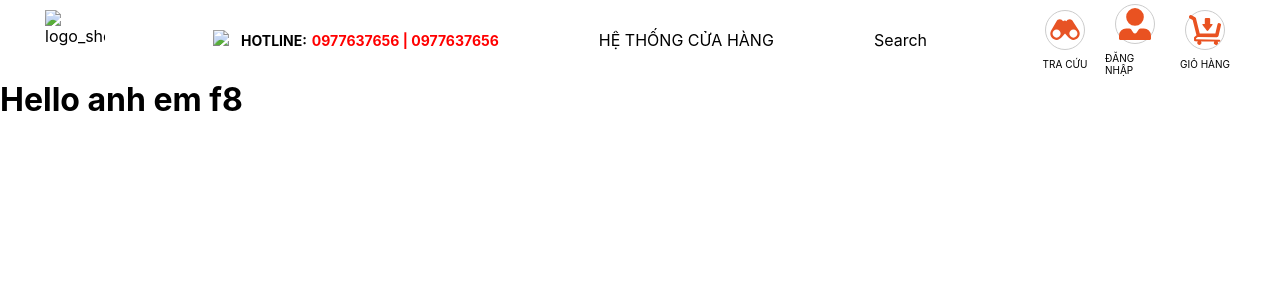
Repository: manhhieu120499/BadmintonShop
Page: /
These files come from the project's save history. The page is drawn as it stood at one moment and after the next save; the edit follows.
The browser window is 1280 px wide. The pictures show the whole page.
The project was rebuilt for these pictures with package versions that can differ from the ones it lists, and the page was loaded fresh each time.

Above is the page before, as saved 2024-08-19 11:05:34.

After the next save:
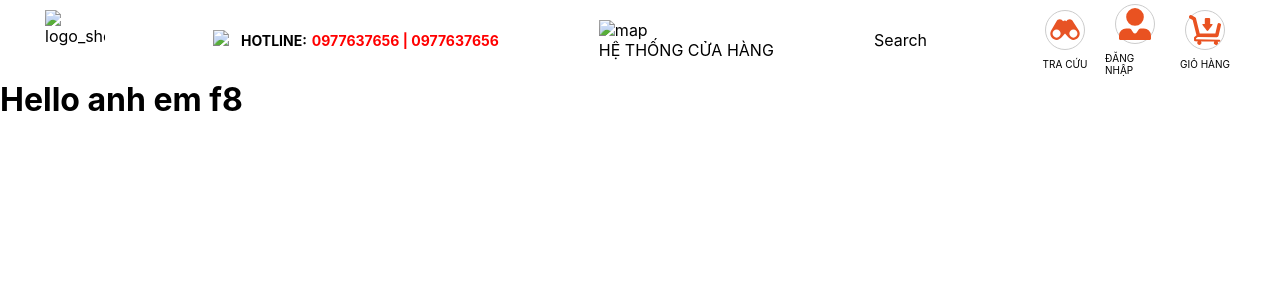
Saved 29 s later.
--- a/src/layouts/components/Header/Header.js
+++ b/src/layouts/components/Header/Header.js
@@ -32,6 +32,11 @@ function Header() {
 				</div>
 				<div className={cx('other-company')}>
 					{/** icon */}
+					<img
+						src={images.map}
+						alt="map"
+						className={cx('image-map')}
+					/>
 					<p>HỆ THỐNG CỬA HÀNG</p>
 				</div>
 				<Search />
